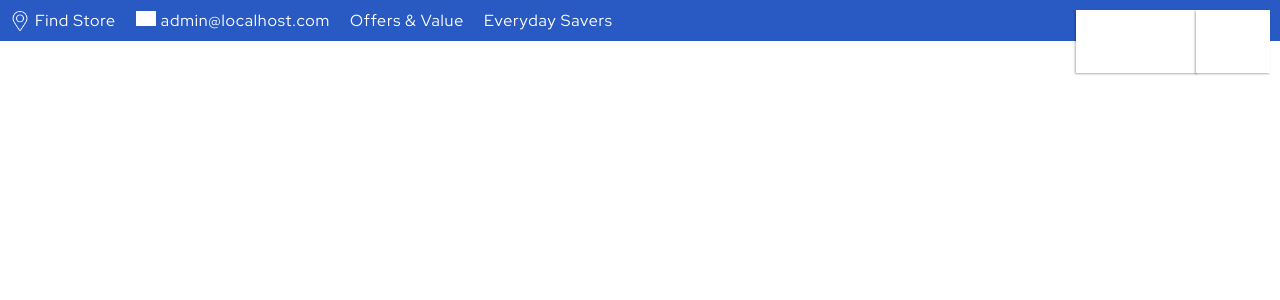
Repository: ldminh95/demo01
Page: index.html
These files come from the project's save history. The page is drawn as it stood at one moment and after the next save; the edit follows.
The browser window is 1280 px wide. The pictures show the whole page.
Pictures or frames that could not be fetched are drawn as grey boxes.

Above is the page before, as saved 2023-09-17 16:43:41.

### index.html
<!DOCTYPE html>
<html lang="en">
<head>
    <meta charset="UTF-8">
    <meta name="viewport" content="width=device-width, initial-scale=1.0">
    <title>Bigsoho</title>
    <link rel="stylesheet" href="/css/base.css">
</head>
<body class="home_page">
    <header>
        <div class="hd_top">
            <div class="main flex">
                <div class="hd_left">
                    <ul>
                        <li><a href="#" class="pin icon">Find Store</a></li>
                        <li><a href="#" class="mail icon">admin@localhost.com</a></li>
                        <li><a href="#">Offers & Value</a></li>
                        <li><a href="#">Everyday Savers</a></li>
                    </ul>
                </div>
                <div class="hd_right">
                    <ul>
                        <li>
                            <span>English</span>
                            <ul>
                                <li><a href="">English</a></li>
                                <li><a href="">Francais</a></li>
                                <li><a href="">Nederlands</a></li>
                            </ul>
                        </li>
                        <li>
                            <span>USD</span>
                            <ul>
                                <li><a href="">CAD</a></li>
                                <li><a href="">EUR</a></li>
                                <li><a href="">USD</a></li>
                            </ul>
                        </li>
                    </ul>
                </div>
            </div>
        </div>
    </header>

    <script src="/js/main.js"></script>
</body>
</html>

### css/base.css
@import "googleFont.css";
@import "style.css";
@import "top.css";

### js/main.js
let $ = document.querySelector.bind(document)

### css/googleFont.css
@import url('https://fonts.googleapis.com/css2?family=Red+Hat+Display:ital,wght@0,300;0,400;0,500;0,600;0,700;0,800;0,900;1,300;1,400;1,500;1,600;1,700;1,800;1,900&display=swap');

:root {
    --f-red: 'Red Hat Display', sans-serif;
}

### css/style.css
* {
    box-sizing: border-box;
    margin: 0;
    padding: 0;
}
:root {
    --cl-main: #295ac3;
    --fsize: 16px;
}
body {
    font-family: var(--f-red);
    font-size: var(--fsize);
    color: #000;
}
li {
    list-style-type: none;
}
a {
    text-decoration: none;
    color: #fff;
}

.main {
    max-width: 1510px;
    padding: 0 10px;
    margin: auto;
}

.home_page {
    width: 100vw;
    height: 100vh;
    overflow: hidden;
}

.flex {
    display: flex;
    justify-content: space-between;
    align-items: center;
}

### css/top.css
/* Header */
.hd_top {
    background-color: var(--cl-main);
    padding: 10px 0;
}
.hd_top .hd_left ul {
    display: flex;
}
.hd_left ul li {
    padding-right: 20px
}
.hd_left ul li a {
    letter-spacing: 0.05em;
    position: relative;
}
.hd_left .icon {
    padding-left: 25px;
}
.hd_left .icon::before {
    content: "";
    position: absolute;
    width: 20px;
    height: 20px;
    left: 0;
    top: 0;
    bottom: 0;
    margin: auto;
    background-color: #fff;
    -webkit-mask-size: contain;
    -webkit-mask-repeat: no-repeat;
}
.hd_left .pin::before {
    -webkit-mask-image: url(../images/pin.png);
}
.hd_left .mail::before {
    -webkit-mask-image: url(../images/telephone.png);
}
.hd_right>ul {
    display: flex;
}
.hd_right ul li {
    position: relative;
}
.hd_right ul>li {
    padding-left: 20px;
    padding-right: 20px;
}
.hd_right span {
    color: #fff;
    cursor: pointer;
}
.hd_right ul ul {
    position: absolute;
    top: 0;
    right: 0;
    background-color: #fff;
    box-shadow: -1px 1px 2px rgb(0 0 0 / 31%);
}
.hd_right span::before {
    content: "";
    position: absolute;
    width: 15px;
    height: 15px;
    right: 0;
    top: 0;
    bottom: 0;
    margin: auto;
    background-color: #fff;
    -webkit-mask-image: url(../images/arr.png);
    -webkit-mask-size: contain;
    -webkit-mask-repeat: no-repeat;
}

After the next save:
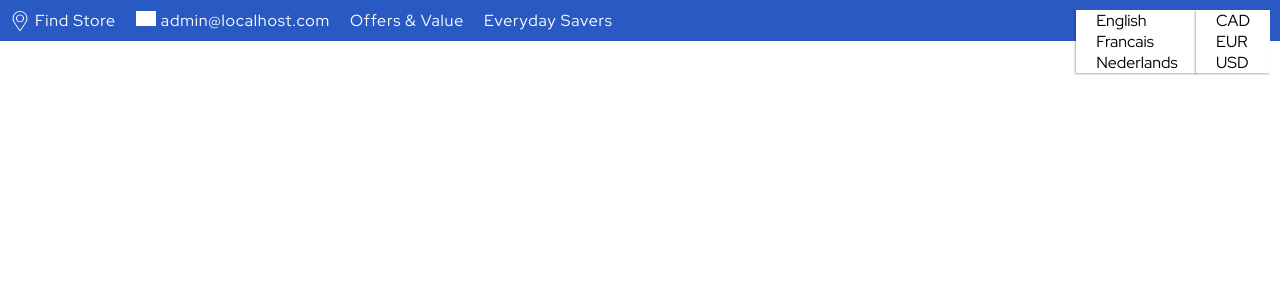
Saved 28 s later.
--- a/css/top.css
+++ b/css/top.css
@@ -56,6 +56,9 @@
     background-color: #fff;
     box-shadow: -1px 1px 2px rgb(0 0 0 / 31%);
 }
+.hd_right ul ul a {
+    color: #000;
+}
 .hd_right span::before {
     content: "";
     position: absolute;
